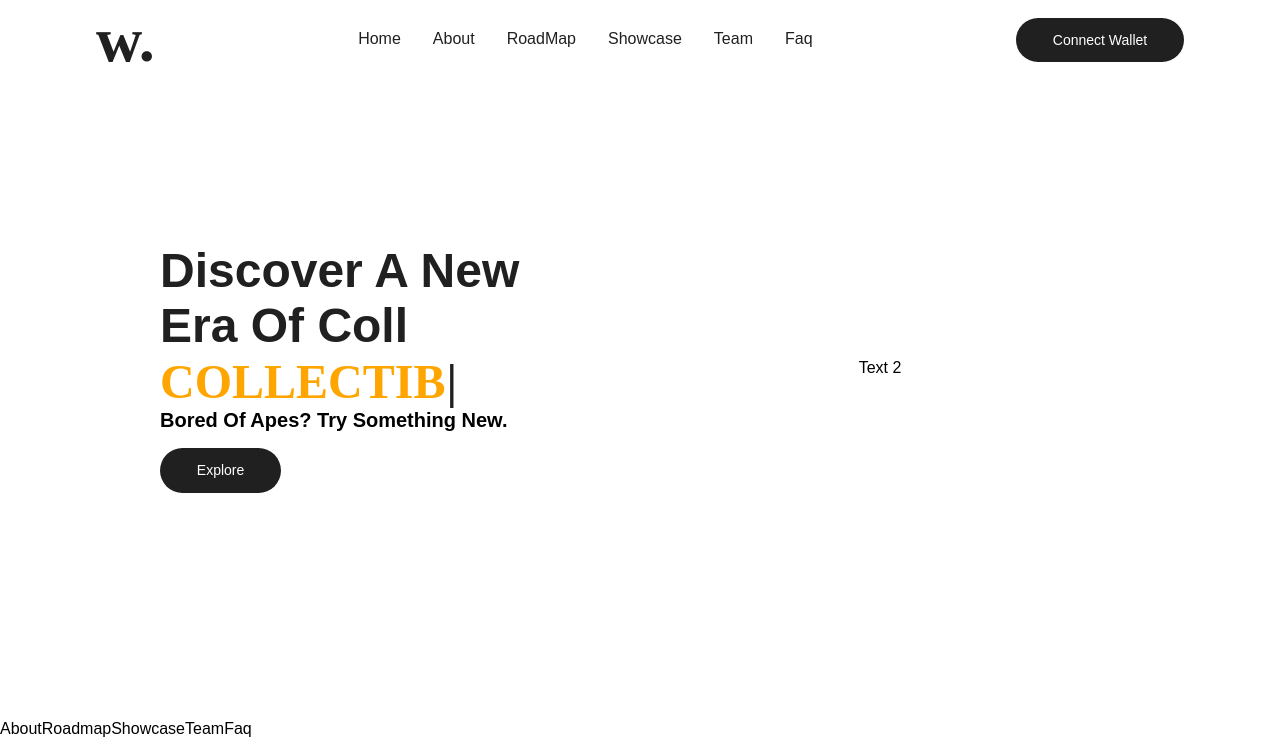
Repository: guilhermecardoso93/The-Weirdos-NFT-Website-Starter-Code
Page: /
These files come from the project's save history. The page is drawn as it stood at one moment and after a run of saves; the edit follows.
The browser window is 1280 px wide. The pictures show the whole page.
Some web fonts or font styles are not loaded; a fallback is used. The project was rebuilt for these pictures with package versions that can differ from the ones it lists, and the page was loaded fresh each time.

Above is the page before, as saved 2023-11-27 21:29:47.

After the next 2 saves:
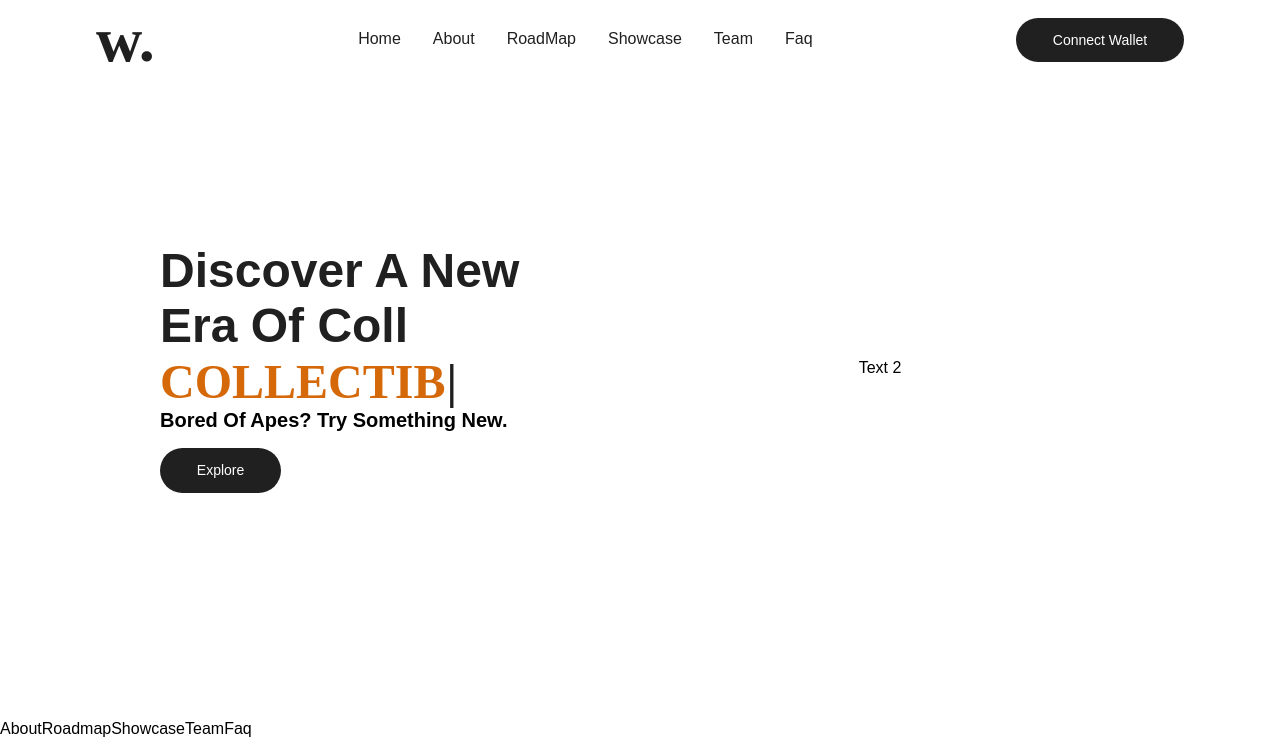
The 2 saves are shown as one change because they came seconds apart.
The last was saved 67 s later.
--- a/src/components/TypeWriter/style.js
+++ b/src/components/TypeWriter/style.js
@@ -16,15 +16,15 @@
   }
 
   .text-1 {
-    color: blue;
+    color: #3936f6;
   }
 
   .text-2 {
-    color: orange;
+    color: #d5690a;
   }
 
   .text-3 {
-    color: red;
+    color: #d50a1c;
   }
 
 `
